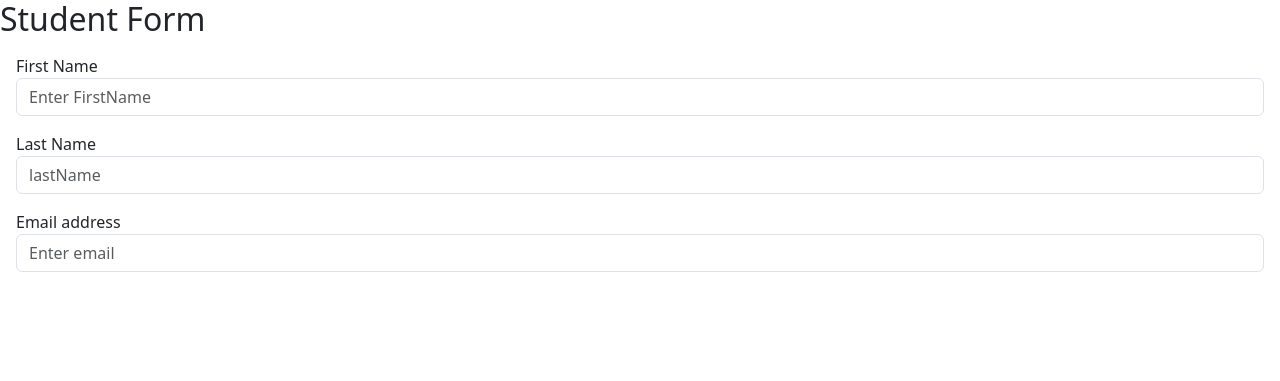
Repository: vedang03/servlet-jsp
Page: http://localhost/11-student-mvc/add-student.jsp
The author's editor kept a copy of each file at every save. The page is drawn from the files as they stood at one save, then again after the next save.
The browser window is 1280 px wide. The pictures show the whole page.
The page is served by Tomcat 9.

Above is the page before, as saved 2023-10-17 05:49:48.

After the next save:
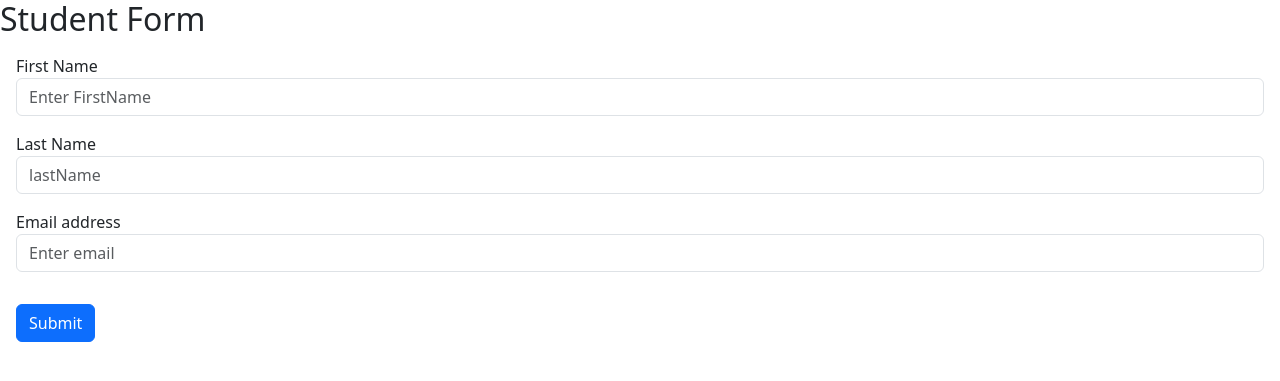
Saved 41 s later.
--- a/11-student-mvc/WebContent/add-student.jsp
+++ b/11-student-mvc/WebContent/add-student.jsp
@@ -30,6 +30,8 @@
 		<div>
 	</form>
 
+	<button type="submit" class="btn btn-primary m-3">Submit</button>
+
 	<link
 		href="https://cdn.jsdelivr.net/npm/bootstrap@5.3.2/dist/css/bootstrap.min.css"
 		rel="stylesheet"
